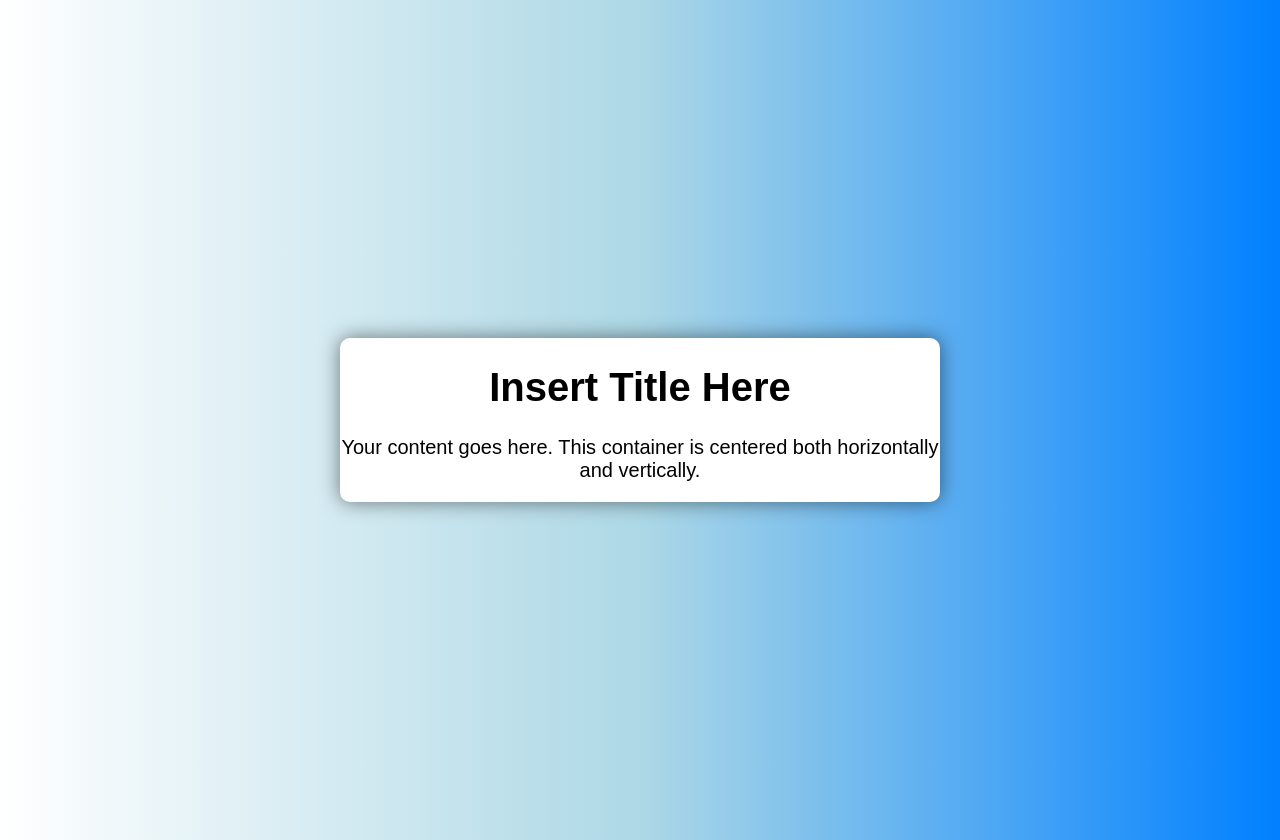
Repository: ANGELEDU141/TAREAWEBEWJASJDASJ
Page: http://localhost/JAVAWEBTAREA/WEB-INF/views/definicion.jsp
These files come from the project's save history. The page is drawn as it stood at one moment and after the next save; the edit follows.
The browser window is 1280 px wide. The pictures show the whole page.
The page is served by Tomcat 9. Nobody is signed in. Other server files are loaded and not shown. The template is opened directly, without the code that normally fills it, so the values that code supplies are empty.

Above is the page before, as saved 2024-09-01 10:42:56.

### JAVAWEBTAREA/src/main/webapp/WEB-INF/views/definicion.jsp
<%@ page language="java" contentType="text/html; charset=UTF-8"
    pageEncoding="UTF-8"%>
<!DOCTYPE html>
<html>
<head>
<meta charset="UTF-8">
<title>COMPANY CORP</title>
<link rel="icon" href="https://static.vecteezy.com/system/resources/previews/008/214/517/non_2x/abstract-geometric-logo-or-infinity-line-logo-for-your-company-free-vector.jpg">
</head>
<style>

        body {
        margin: 0;
        padding: 60px;
        height: 100vh;
        display: flex;
        align-items:center;
         flex-direction: column;
        justify-content: center; /* Centra horizontalmente */
        align-items: center; /* Centra verticalmente */
        font-family: Arial, sans-serif;
		background: linear-gradient(to right, rgb(255, 255, 255), rgb(173, 216, 230), rgb(0, 128, 255));

    }
    .container {

        max-width: 600px;

        background-color: white;
        box-shadow: 0px 0px 20px rgba(0, 0, 0, 0.5);
        text-align: center;
        border-radius: 10px;
        font-size: 20px;

    }
</style>
</head>
<body>
    <div class="container">
        <h1>Insert Title Here</h1>
        <p>Your content goes here. This container is centered both horizontally and vertically.</p>
    </div>
</body>

After the next save:
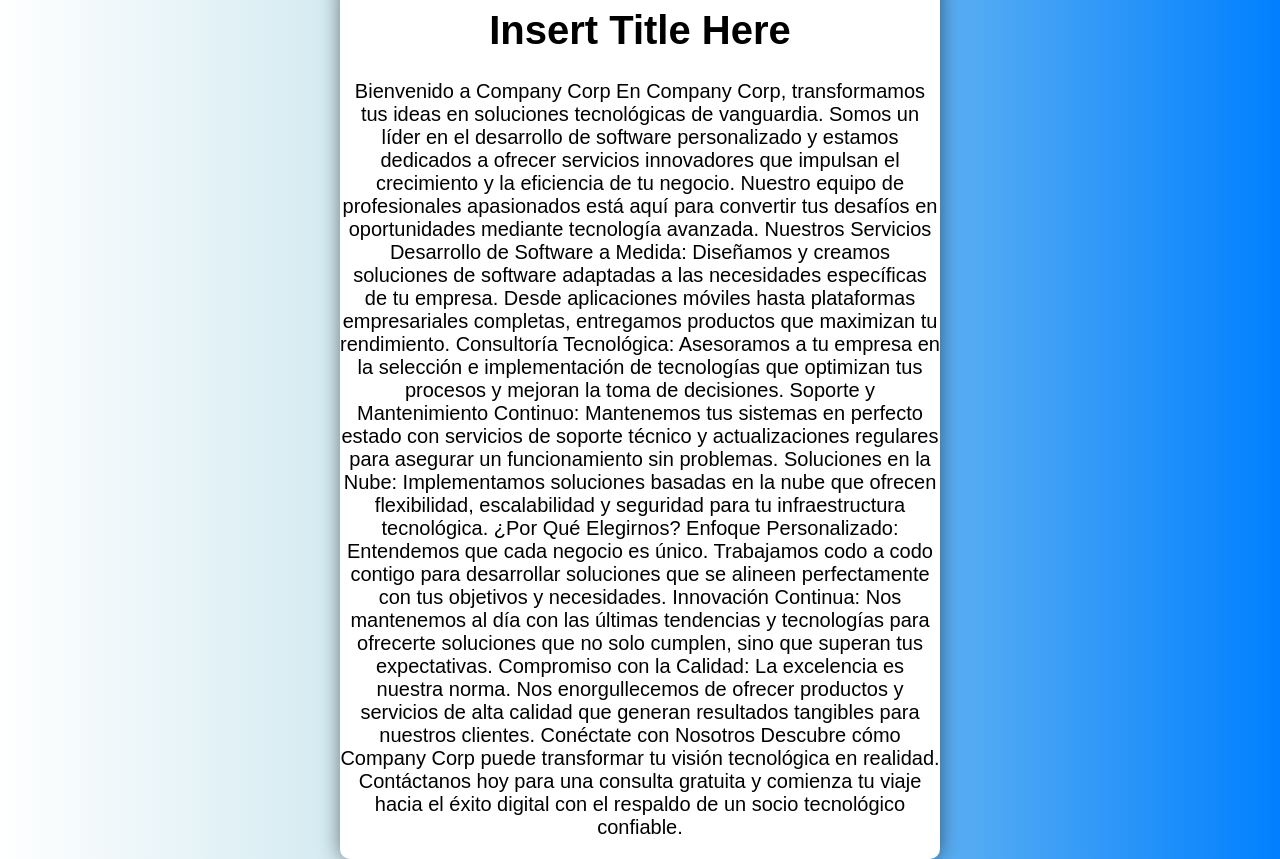
Saved 11 s later.
--- a/JAVAWEBTAREA/src/main/webapp/WEB-INF/views/definicion.jsp
+++ b/JAVAWEBTAREA/src/main/webapp/WEB-INF/views/definicion.jsp
@@ -38,6 +38,32 @@
 <body>
     <div class="container">
         <h1>Insert Title Here</h1>
-        <p>Your content goes here. This container is centered both horizontally and vertically.</p>
+        <p>Bienvenido a Company Corp
+
+En Company Corp, transformamos tus ideas en soluciones tecnológicas de vanguardia. Somos un líder en el desarrollo de software personalizado y estamos dedicados a ofrecer servicios innovadores que impulsan el crecimiento y la eficiencia de tu negocio. Nuestro equipo de profesionales apasionados está aquí para convertir tus desafíos en oportunidades mediante tecnología avanzada.
+
+Nuestros Servicios
+
+Desarrollo de Software a Medida: Diseñamos y creamos soluciones de software adaptadas a las necesidades específicas de tu empresa. Desde aplicaciones móviles hasta plataformas empresariales completas, entregamos productos que maximizan tu rendimiento.
+
+Consultoría Tecnológica: Asesoramos a tu empresa en la selección e implementación de tecnologías que optimizan tus procesos y mejoran la toma de decisiones.
+
+Soporte y Mantenimiento Continuo: Mantenemos tus sistemas en perfecto estado con servicios de soporte técnico y actualizaciones regulares para asegurar un funcionamiento sin problemas.
+
+Soluciones en la Nube: Implementamos soluciones basadas en la nube que ofrecen flexibilidad, escalabilidad y seguridad para tu infraestructura tecnológica.
+
+¿Por Qué Elegirnos?
+
+Enfoque Personalizado: Entendemos que cada negocio es único. Trabajamos codo a codo contigo para desarrollar soluciones que se alineen perfectamente con tus objetivos y necesidades.
+
+Innovación Continua: Nos mantenemos al día con las últimas tendencias y tecnologías para ofrecerte soluciones que no solo cumplen, sino que superan tus expectativas.
+
+Compromiso con la Calidad: La excelencia es nuestra norma. Nos enorgullecemos de ofrecer productos y servicios de alta calidad que generan resultados tangibles para nuestros clientes.
+
+Conéctate con Nosotros
+
+Descubre cómo Company Corp puede transformar tu visión tecnológica en realidad. Contáctanos hoy para una consulta gratuita y comienza tu viaje hacia el éxito digital con el respaldo de un socio tecnológico confiable.
+
+</p>
     </div>
 </body>
